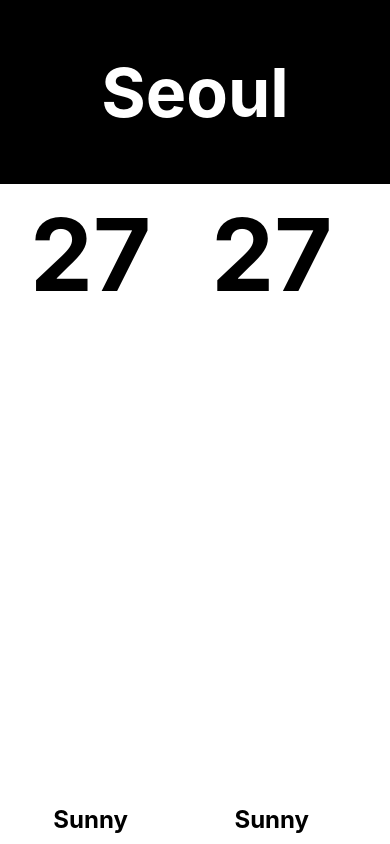
Repository: NewTurn2017/React-Native-Weather-App
Screen: /
An editor plug-in stored every save of this project. The screen is shown before and after the next save, followed by the edit.
The app was drawn by React Native's web renderer in a window 390 px wide. The project was rebuilt for these pictures with package versions that can differ from the ones it lists, and the page was loaded fresh each time.

Above is the screen before, as saved 2023-04-21 11:07:03.

### App.js
import { StatusBar } from 'expo-status-bar'
import { View, Text, StyleSheet, ScrollView } from 'react-native'

export default function App() {
  return (
    <View style={styles.container}>
      <StatusBar style="light" />
      <View style={styles.city}>
        <Text style={styles.cityName}>Seoul</Text>
      </View>

      <ScrollView horizontal style={styles.weather}>
        <View style={styles.day}>
          <Text style={styles.temp}>27</Text>
          <Text style={styles.description}>Sunny</Text>
        </View>
        <View style={styles.day}>
          <Text style={styles.temp}>27</Text>
          <Text style={styles.description}>Sunny</Text>
        </View>
        <View style={styles.day}>
          <Text style={styles.temp}>27</Text>
          <Text style={styles.description}>Sunny</Text>
        </View>
        <View style={styles.day}>
          <Text style={styles.temp}>27</Text>
          <Text style={styles.description}>Sunny</Text>
        </View>
        <View style={styles.day}>
          <Text style={styles.temp}>27</Text>
          <Text style={styles.description}>Sunny</Text>
        </View>
      </ScrollView>
    </View>
  )
}
const styles = StyleSheet.create({
  container: {
    flex: 1,
    backgroundColor: 'black',
  },
  cityName: {
    color: 'white',
    fontSize: 68,
    fontWeight: 'bold',
  },
  city: {
    flex: 1.2,
    backgroundColor: 'black',
    alignItems: 'center',
    justifyContent: 'center',
  },
  weather: {
    height: '60%',
    backgroundColor: 'white',
  },
  day: {
    flexDirection: 'column', // Add this line to stack temp and description vertically
    justifyContent: 'space-between',
    alignItems: 'center',
    paddingHorizontal: 20,
    margin: 10,
  },
  temp: {
    color: 'black',
    fontSize: 100,
    fontWeight: 'bold',
  },
  description: {
    color: 'black',
    fontSize: 24,
    fontWeight: 'bold',
    marginTop: -15, // Add marginTop to reduce the gap between temp and description
  },
})

After the next save:
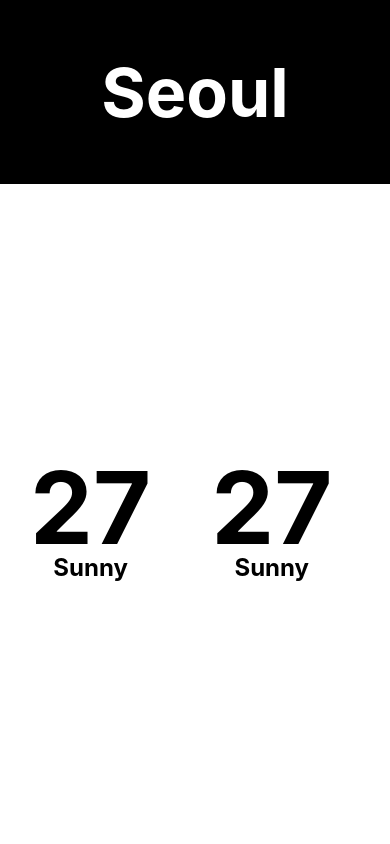
Saved 16 s later.
--- a/App.js
+++ b/App.js
@@ -56,7 +56,7 @@ const styles = StyleSheet.create({
   },
   day: {
     flexDirection: 'column', // Add this line to stack temp and description vertically
-    justifyContent: 'space-between',
+    justifyContent: 'center',
     alignItems: 'center',
     paddingHorizontal: 20,
     margin: 10,
